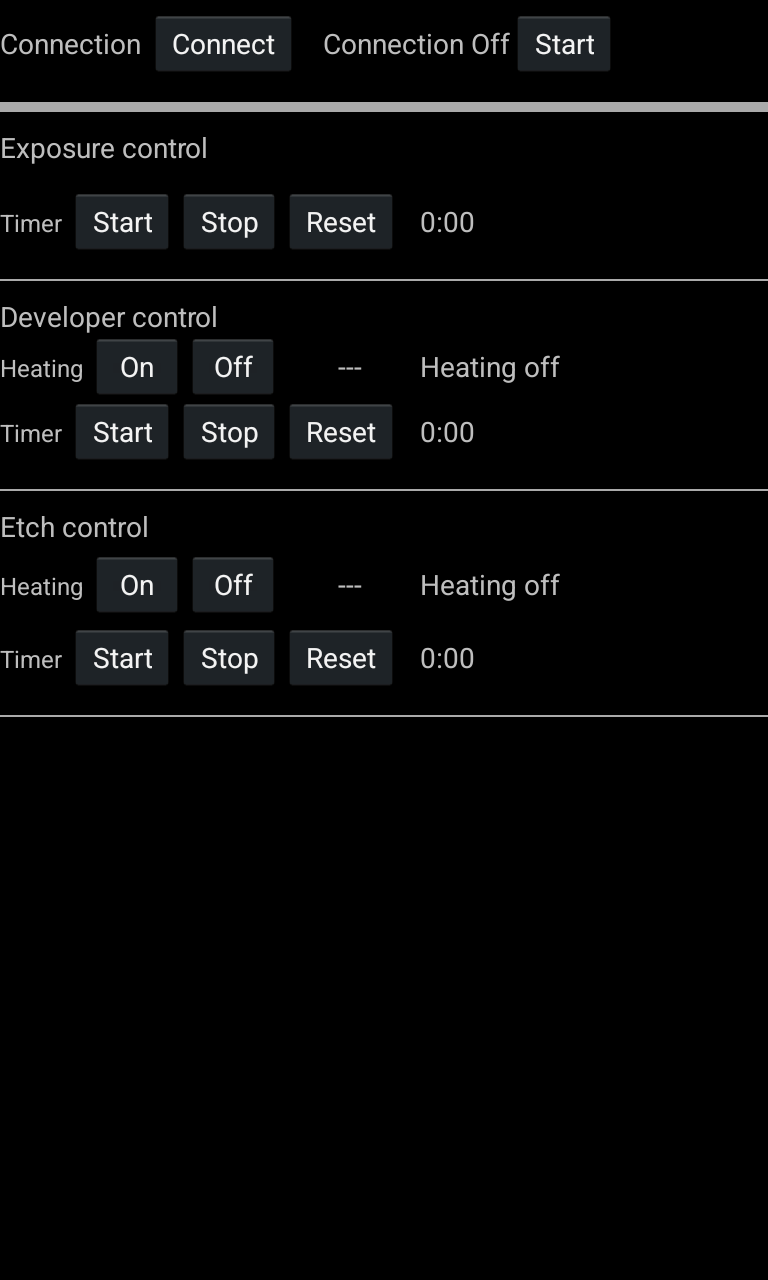
Repository: elbojvv/AndroidIO-apps
Layout: EtchControl/EtchControl/res/layout/activity_main.xml
These files come from the project's save history. The layout is drawn as it stood at one moment and after the next save; the edit follows.
It is drawn on a 768 x 1280 px phone screen (xhdpi) without system bars, with theme android:Theme.Holo; the app's code is not run.

Above is the layout before, as saved 2015-06-25 19:24:33.

After the next save:
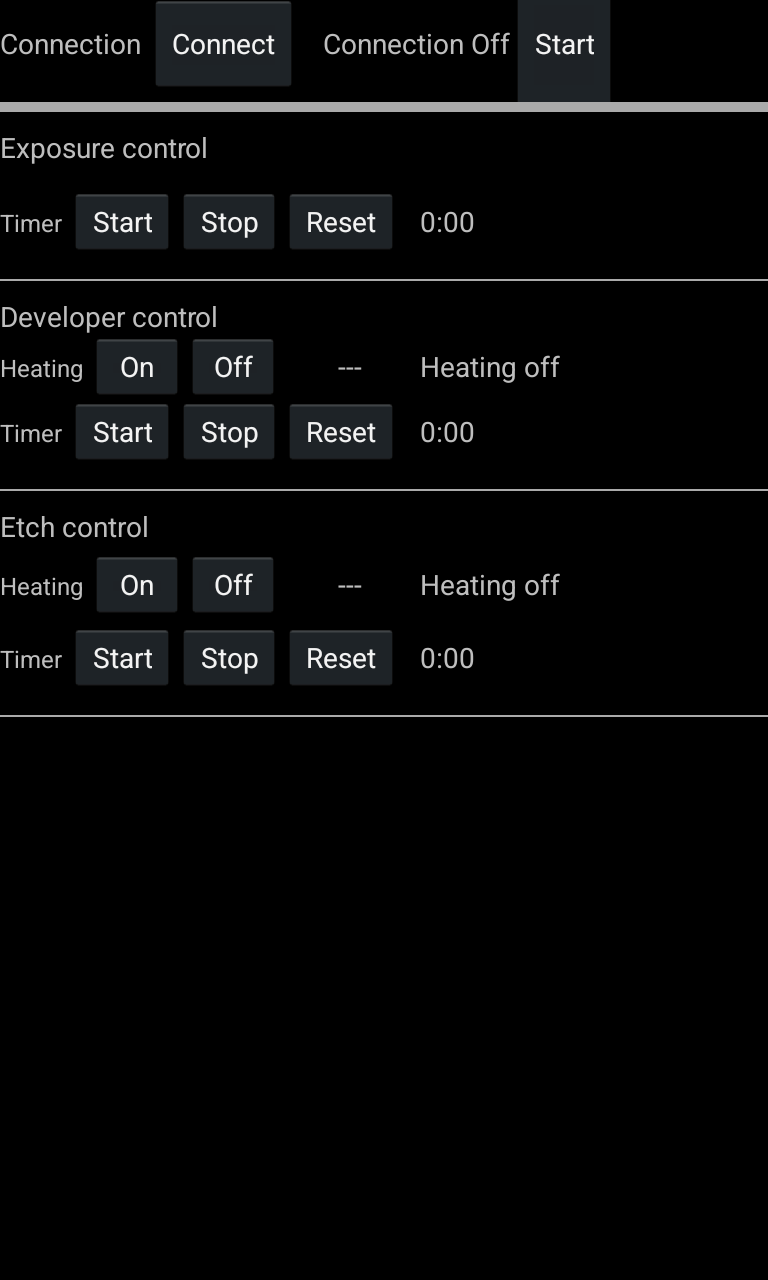
Saved 2 min 30 s later.
--- a/EtchControl/EtchControl/res/layout/activity_main.xml
+++ b/EtchControl/EtchControl/res/layout/activity_main.xml
@@ -20,7 +20,7 @@
         style="?android:attr/buttonStyleSmall"
         android:layout_width="wrap_content"
         android:layout_height="wrap_content"
-		android:minHeight="0dp"
+		android:minHeight="50dp"
         android:layout_alignBaseline="@+id/idBTText"
         android:layout_alignBottom="@+id/idBTText"
         android:layout_toRightOf="@+id/idBTText"
@@ -44,7 +44,7 @@
         style="?android:attr/buttonStyleSmall"
         android:layout_width="wrap_content"
         android:layout_height="wrap_content"
-		android:minHeight="20dp"
+		android:minHeight="70dp"
         android:layout_alignBaseline="@+id/idBTStatus"
         android:layout_alignBottom="@+id/idBTStatus"
         android:layout_toRightOf="@+id/idBTStatus"
